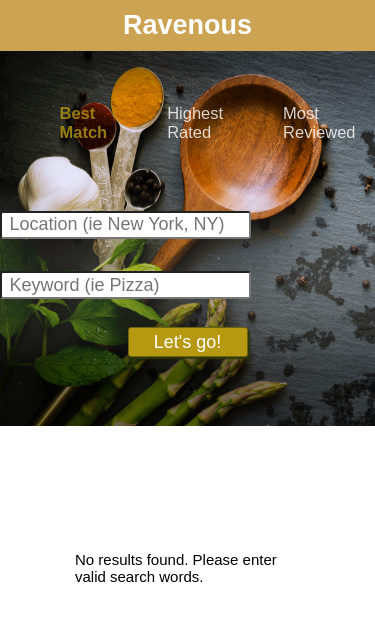
Repository: LolaSL/Ravenous
Page: /
An editor plug-in stored every save of this project. The page is shown before and after the next save, followed by the edit.
The browser window is 375 px wide. The pictures show the whole page.
The page's requests for data from a server got no answer. The project was rebuilt for these pictures with package versions that can differ from the ones it lists, and the page was loaded fresh each time. No one was signed in, and anything a server would have sent is missing. Also part of the build but not shown: src/Business/Business.js.

Above is the page before, as saved 2024-03-24 12:25:14.

After the next save:
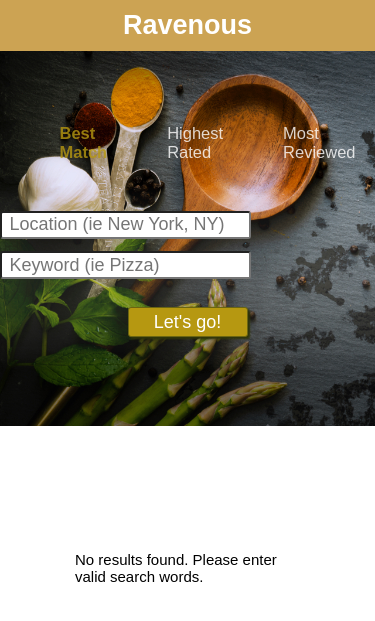
Saved 14 s later.
--- a/src/SearchBar/SearchBar.css
+++ b/src/SearchBar/SearchBar.css
@@ -81,7 +81,7 @@ hr {
 
 
   .search-input {
-    margin: 20px auto;
+    margin: 0 auto;
     margin-bottom: 0.86rem;
   }
 
